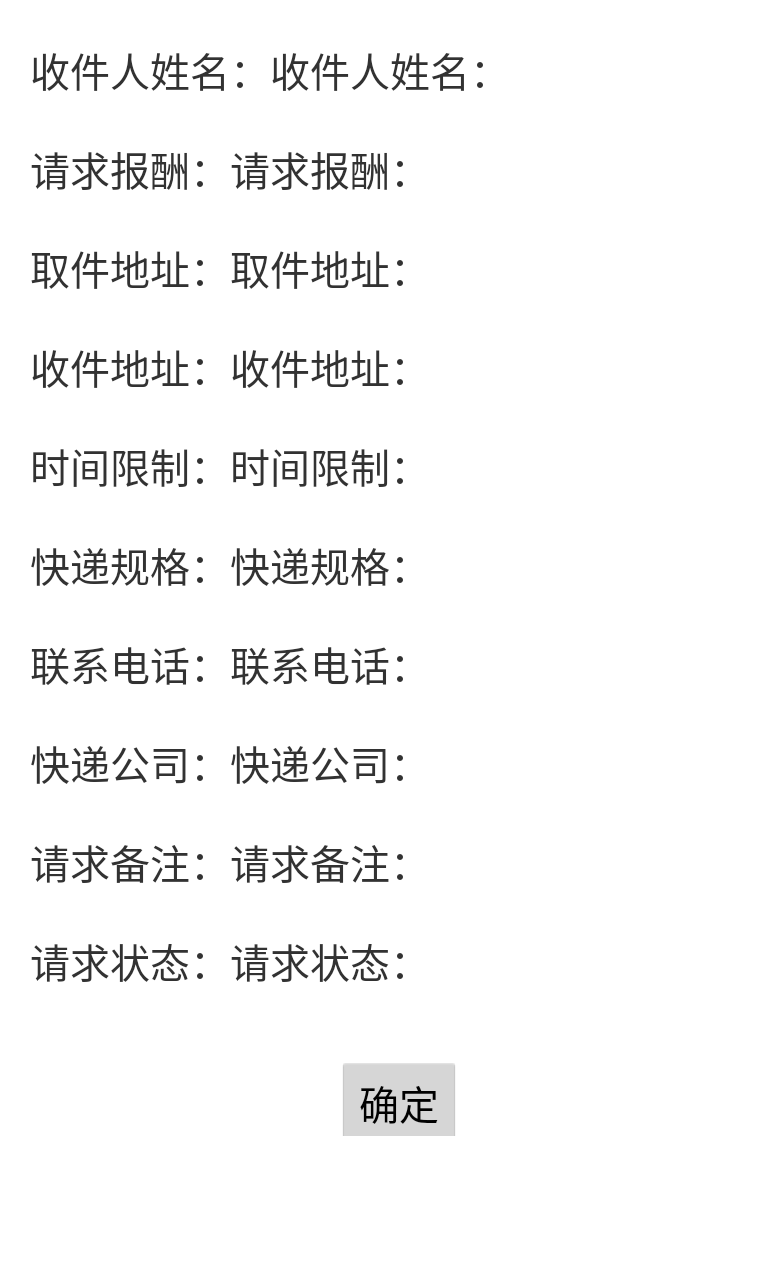
Repository: fariashen/campus-express
Layout: easyCourier/res/layout/activity_showrequestallinfo.xml
These files come from the project's save history. The layout is drawn as it stood at one moment and after the next save; the edit follows.
It is drawn on a 768 x 1280 px phone screen (xhdpi) without system bars, with theme AppTheme; the app's code is not run. The app's manifest (not shown) leaves right-to-left support off. So textAlignment, textDirection and layoutDirection are ignored, and left and right values win over start and end ones.

Above is the layout before, as saved 2016-04-25 13:59:35.

After the next save:
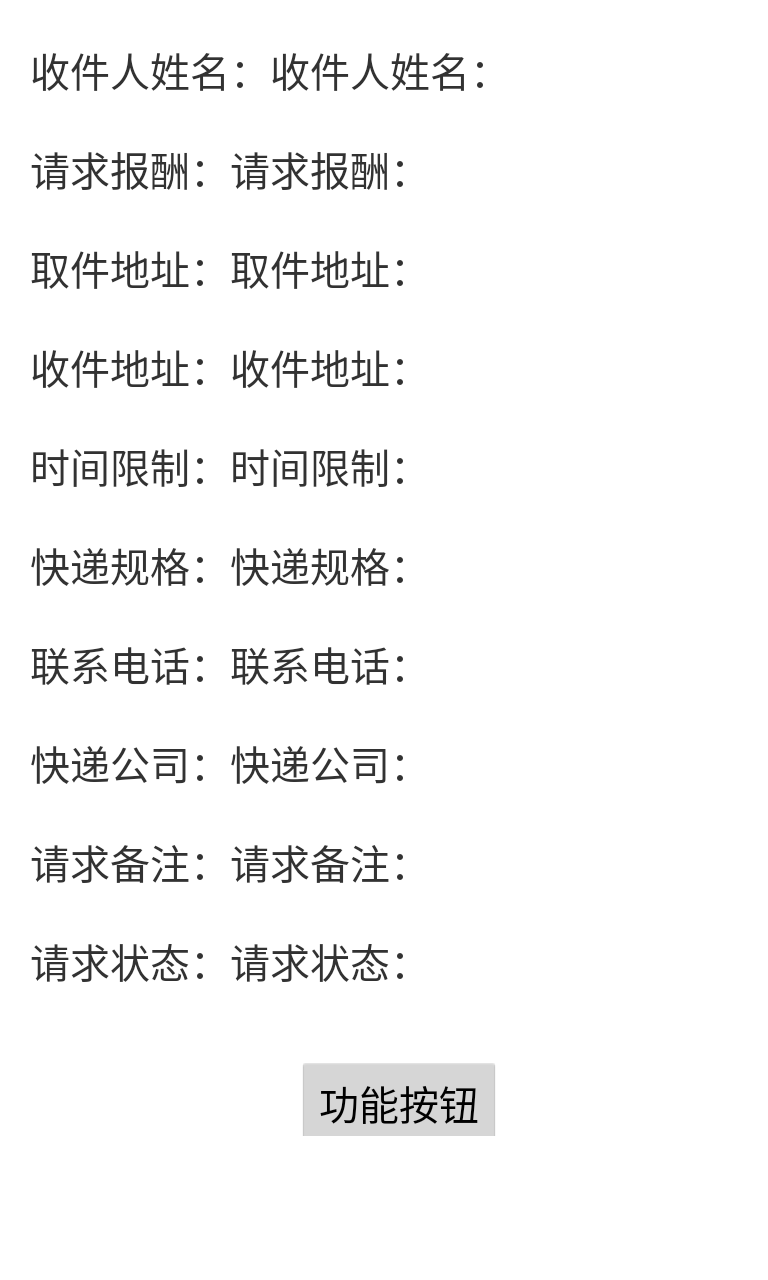
Saved 2 min 2 s later.
--- a/easyCourier/res/layout/activity_showrequestallinfo.xml
+++ b/easyCourier/res/layout/activity_showrequestallinfo.xml
@@ -271,12 +271,12 @@
         android:gravity="center" >
 
         <Button
-            android:id="@+id/bt_PIE_Commit"
+            android:id="@+id/bt_SRAI_Function"
             android:layout_width="wrap_content"
             android:layout_height="wrap_content"
             android:layout_marginTop="15sp"
             android:gravity="center"
-            android:text="确定"
+            android:text="功能按钮"
             android:textSize="20sp" />
     </LinearLayout>
     </RelativeLayout>
